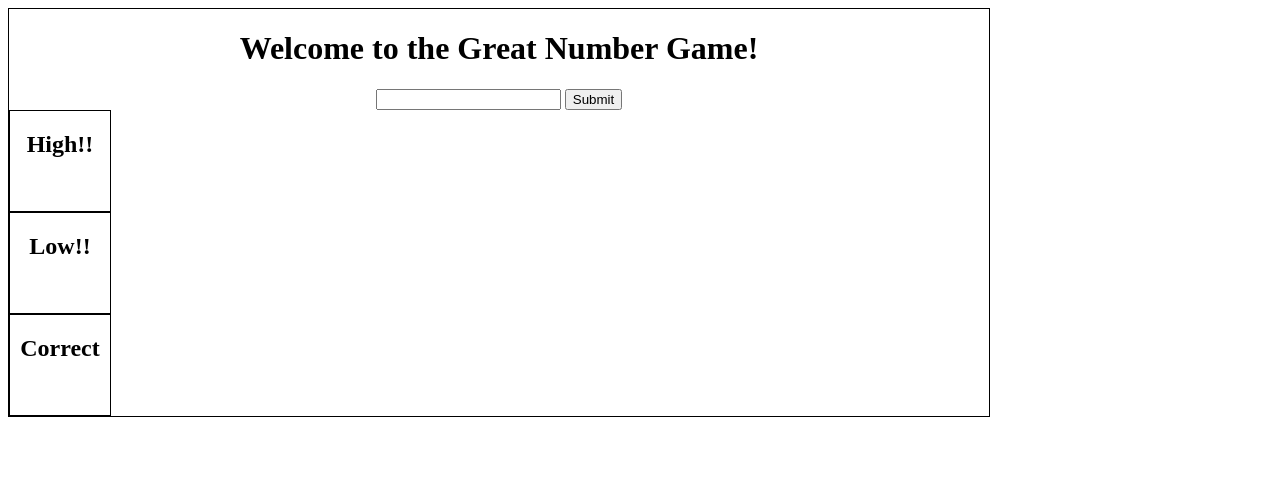
Repository: harshithamagani/Java-Basics
Page: http://localhost/number-game/
These files come from the project's save history. The page is drawn as it stood at one moment and after the next save; the edit follows.
The browser window is 1280 px wide. The pictures show the whole page.
The page is served by Tomcat 9. Other server files are loaded and not shown.

Above is the page before, as saved 2019-11-05 18:59:29.

### number-game/WebContent/WEB-INF/index.jsp
<%@ taglib prefix="c" uri="http://java.sun.com/jsp/jstl/core" %>
<%@ page language="java" contentType="text/html; charset=UTF-8"
    pageEncoding="UTF-8"%>
<!DOCTYPE html>
<html>
<head>
	<meta charset="UTF-8">
	<title>Number Game</title>
	<style type="text/css">
        #wrapper{
        	width:980px;
        	matgin: 0 auto;
        	border : solid black 1px;
        	text-align: center;
        }
        h1{
			text-align: center;
		}
		.highlow {
            width: 100px;
            height: 100px;
            border : solid black 1px;
            text-align: center;
        }

	</style>
</head>
<body>
	<div id="wrapper">
	<h1>Welcome to the Great Number Game!</h1>
			<form action="/" method="POST">
				<input name="number" id="number" type="text">
				<input name="submit" name="submit" type="submit" value="Submit">
			</form>
			 <div class="highlow">
			 	<h2>High!!</h2>
			 </div>
			 <div class="highlow">
			 	<h2>Low!!</h2>
			 </div>
			 <div class="highlow">
		        <h2>Correct</h2>
		    </div>
	    </div>
</body>
</html>

### number-game/src/com/codingdojo/Index.java
package com.codingdojo;

import java.io.IOException;
import java.util.Random;

import javax.servlet.RequestDispatcher;
import javax.servlet.ServletException;
import javax.servlet.annotation.WebServlet;
import javax.servlet.http.HttpServlet;
import javax.servlet.http.HttpServletRequest;
import javax.servlet.http.HttpServletResponse;
import javax.servlet.http.HttpSession;

/**
 * Servlet implementation class Index
 */
@WebServlet("/")
public class Index extends HttpServlet {
	private static final long serialVersionUID = 1L;

    /**
     * @see HttpServlet#HttpServlet()
     */
    public Index() {
        super();
        // TODO Auto-generated constructor stub
    }

	/**
	 * @see HttpServlet#doGet(HttpServletRequest request, HttpServletResponse response)
	 */
	protected void doGet(HttpServletRequest request, HttpServletResponse response) throws ServletException, IOException {
		HttpSession session = request.getSession();
		if(session.getAttribute("guessNum") == null) {
			int random = generateRandomNum();
			session.setAttribute("guessNum", random);
			request.setAttribute("guessNum", random);
			System.out.println(random);
		}
		RequestDispatcher req = request.getRequestDispatcher("/WEB-INF/index.jsp");
		req.forward(request, response);
	}

	/**
	 * @see HttpServlet#doPost(HttpServletRequest request, HttpServletResponse response)
	 */
	protected void doPost(HttpServletRequest request, HttpServletResponse response) throws ServletException, IOException {

	}

    int generateRandomNum(){
        Random r = new Random();
        int num = r.nextInt(99) + 1; // with bounds 1 to 100
        return num;
    }

}

After the next save:
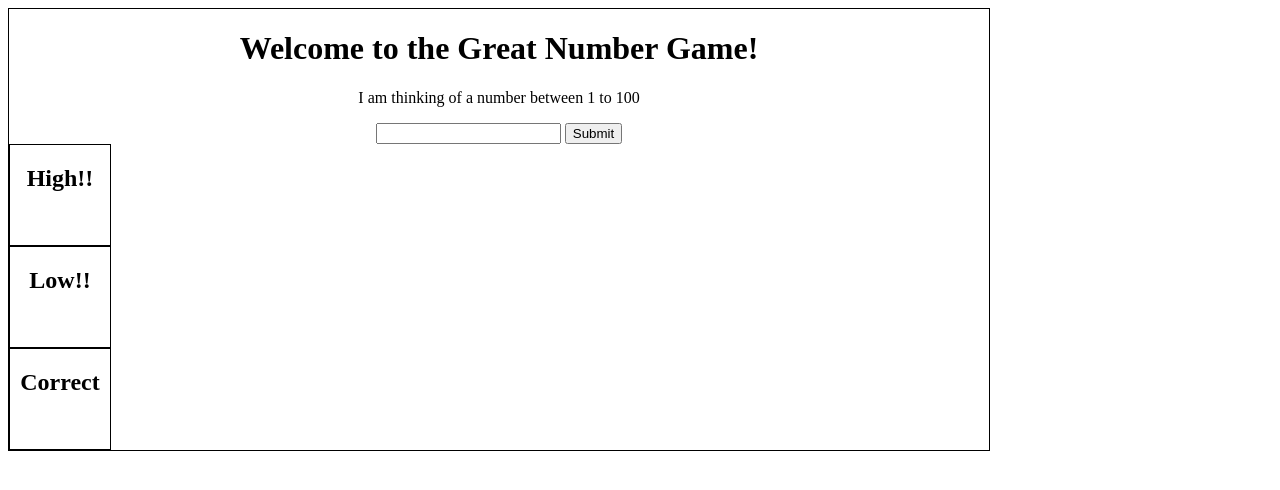
Saved 2 min 20 s later.
--- a/number-game/WebContent/WEB-INF/index.jsp
+++ b/number-game/WebContent/WEB-INF/index.jsp
@@ -28,6 +28,7 @@
 <body>
 	<div id="wrapper">
 	<h1>Welcome to the Great Number Game!</h1>
+	<p>I am thinking of a number between 1 to 100</p>
 			<form action="/" method="POST">
 				<input name="number" id="number" type="text">
 				<input name="submit" name="submit" type="submit" value="Submit">
